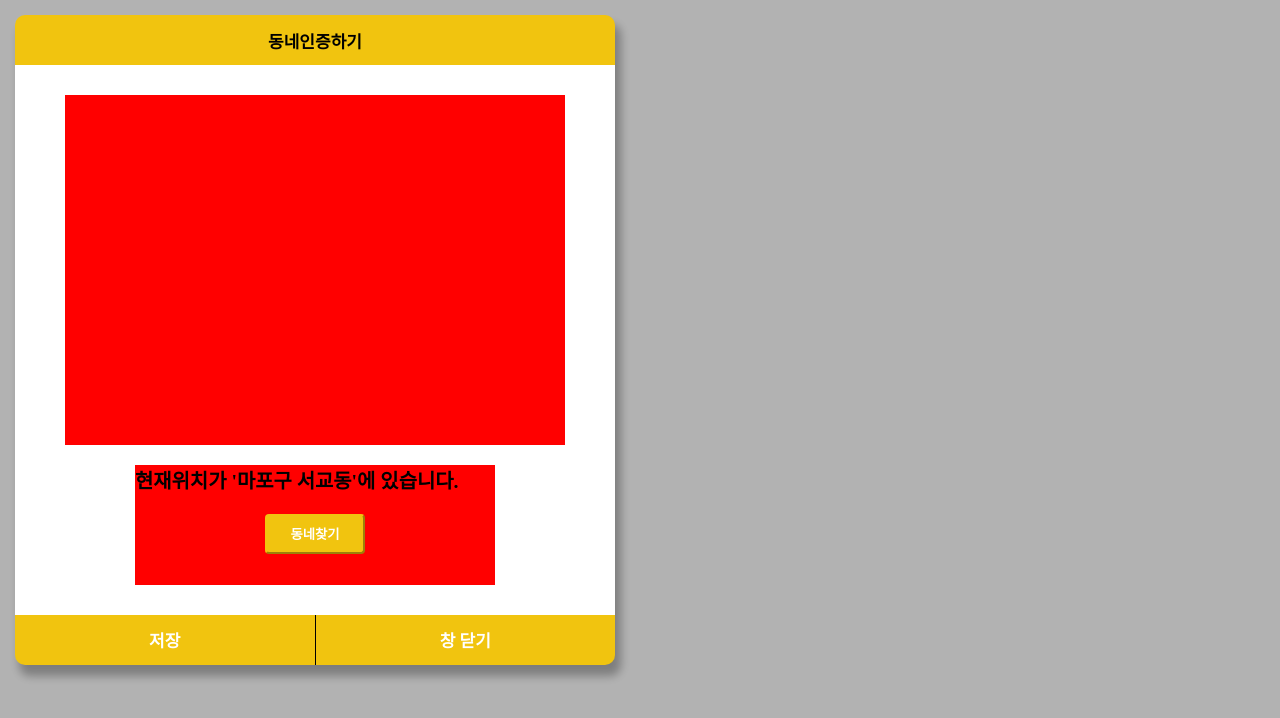
Repository: Corn-Market/Front-end
Page: http://localhost/CornMarket/resources/views/popup_profile_update.jsp
These files come from the project's save history. The page is drawn as it stood at one moment and after the next save; the edit follows.
The browser window is 1280 px wide. The pictures show the whole page.
The page is served by Tomcat 9.

Above is the page before, as saved 2022-12-19 06:04:37.

After the next save:
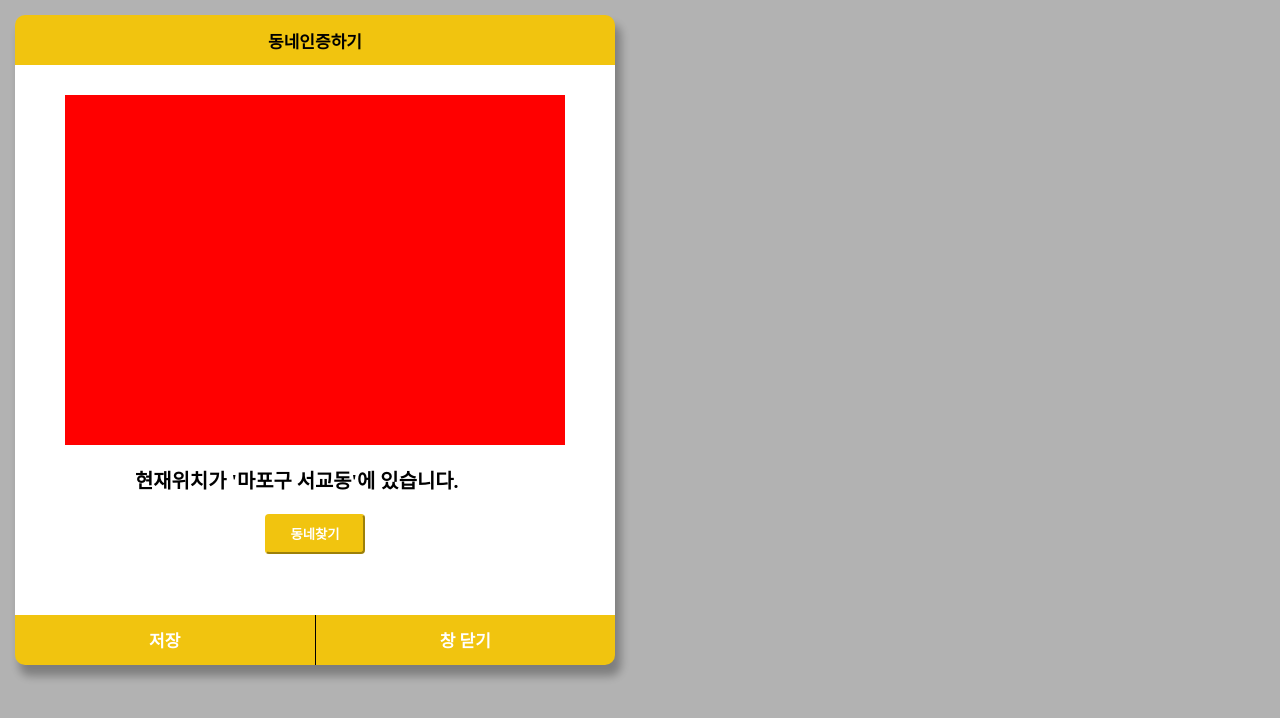
Saved 10 s later.
--- a/CornMarket/src/main/webapp/resources/css/popup_mytown.css
+++ b/CornMarket/src/main/webapp/resources/css/popup_mytown.css
@@ -46,7 +46,6 @@
   .body-contentbox{
   	width:360px;
   	height:120px;
-  	background-color:red;
     margin:10px auto;
   }
 
